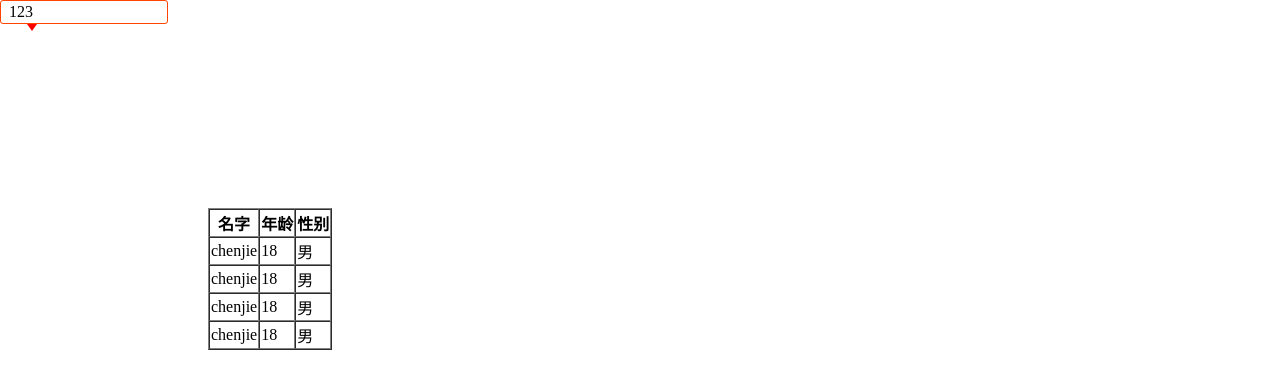
Repository: chenjieya/java
Page: index.html
An editor plug-in stored every save of this project. The page is shown before and after the next save, followed by the edit.
The browser window is 1280 px wide. The pictures show the whole page.

Above is the page before, as saved 2023-05-17 09:04:22.

### index.html
<!DOCTYPE html>
<html lang="en">
<head>
  <meta charset="UTF-8">
  <meta http-equiv="X-UA-Compatible" content="IE=edge">
  <meta name="viewport" content="width=device-width, initial-scale=1.0">
  <title>Document</title>
  <style>
    .tooltip {
      padding: 2px 8px;
      position: absolute;
      top: 0;
      left: 0;
      border: 1px solid #f40;
      min-width: 150px;
      border-radius: 3px;
    }

    .tooltip::after {
      content: '';
      position: absolute;
      bottom: -8px;
      left: 26px;
      width: 0;
      height: 0;
      border-left: 5px solid transparent;
      border-right: 5px solid transparent;
      border-top: 7px solid red;
    }
  </style>
</head>
<body style="padding: 200px;">
  <table border="1" cellspacing="0">
    <tr>
      <th>名字</th>
      <th>年龄</th>
      <th>性别</th>
    </tr>
    <tr>
      <td>chenjie</td>
      <td field="SEX">18</td>
      <td>男</td>
    </tr>
    <tr>
      <td>chenjie</td>
      <td field="SEX">18</td>
      <td>男</td>
    </tr>
    <tr>
      <td>chenjie</td>
      <td field="SEX">18</td>
      <td>男</td>
    </tr>
    <tr>
      <td>chenjie</td>
      <td field="SEX">18</td>
      <td>男</td>
    </tr>
  </table>

  <div class="tooltip">123</div>

  <script>
    const Otd = document.querySelectorAll('td[field="SEX"]');
    console.log(Otd);

    for(let i = 0; i < Otd.length; i++) {
      Otd[i].style.position = 'relative';

    }


    function toolTip(dom) {
      const oDiv = document.createElement('div');
      oDiv.classList.add('tooltip');
      dom.appendChild(oDiv);
    }
  </script>
</body>
</html>

After the next save:
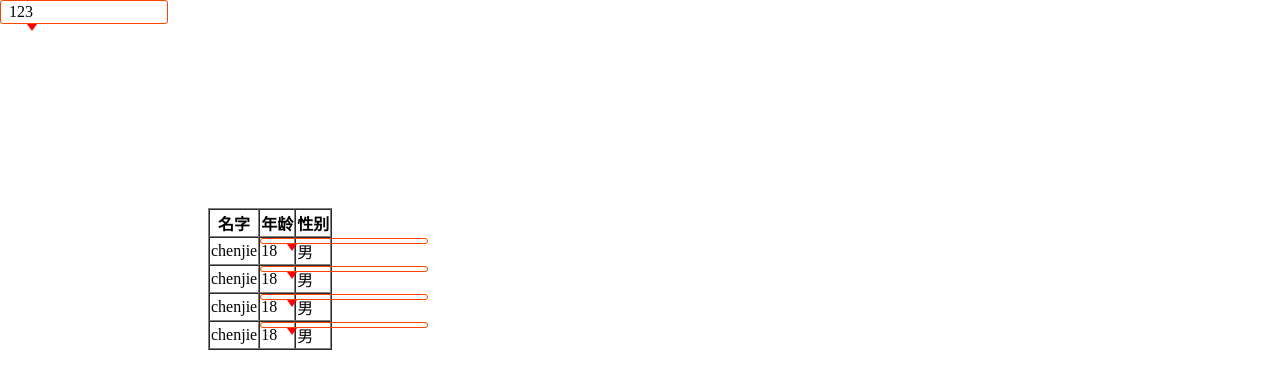
Saved 52 s later.
--- a/index.html
+++ b/index.html
@@ -66,7 +66,7 @@
 
     for(let i = 0; i < Otd.length; i++) {
       Otd[i].style.position = 'relative';
-
+      toolTip(Otd[i]);
     }
 
 
